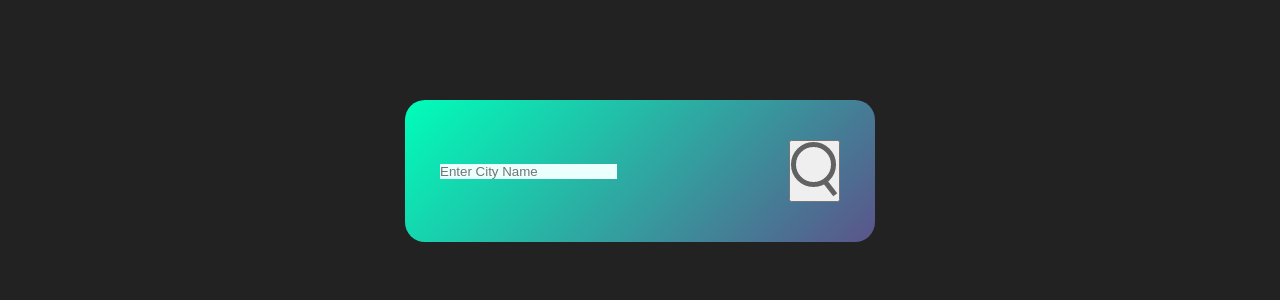
Repository: dubeprince/WeatherApp-Project
Page: WeatherApp/index.html
An editor plug-in stored every save of this project. The page is shown before and after the next save, followed by the edit.
The browser window is 1280 px wide. The pictures show the whole page.

Above is the page before, as saved 2023-05-26 10:34:01.

After the next save:
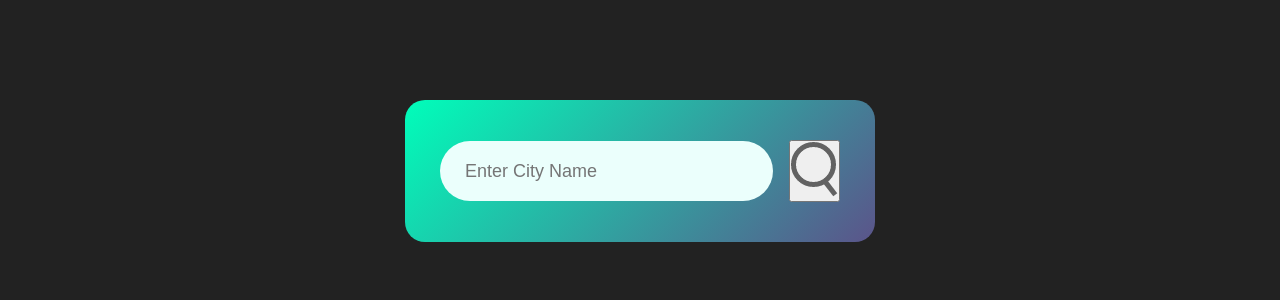
Saved 107 s later.
--- a/WeatherApp/style.css
+++ b/WeatherApp/style.css
@@ -30,4 +30,10 @@ body{
     outline: 0;
     background: #ebfffc;
     color: #555;
+    padding: 10px 25px;
+    height: 60px;
+    border-radius: 30px;
+    flex: 1;
+    margin-right: 16px;
+    font-size: 18px;
 }
